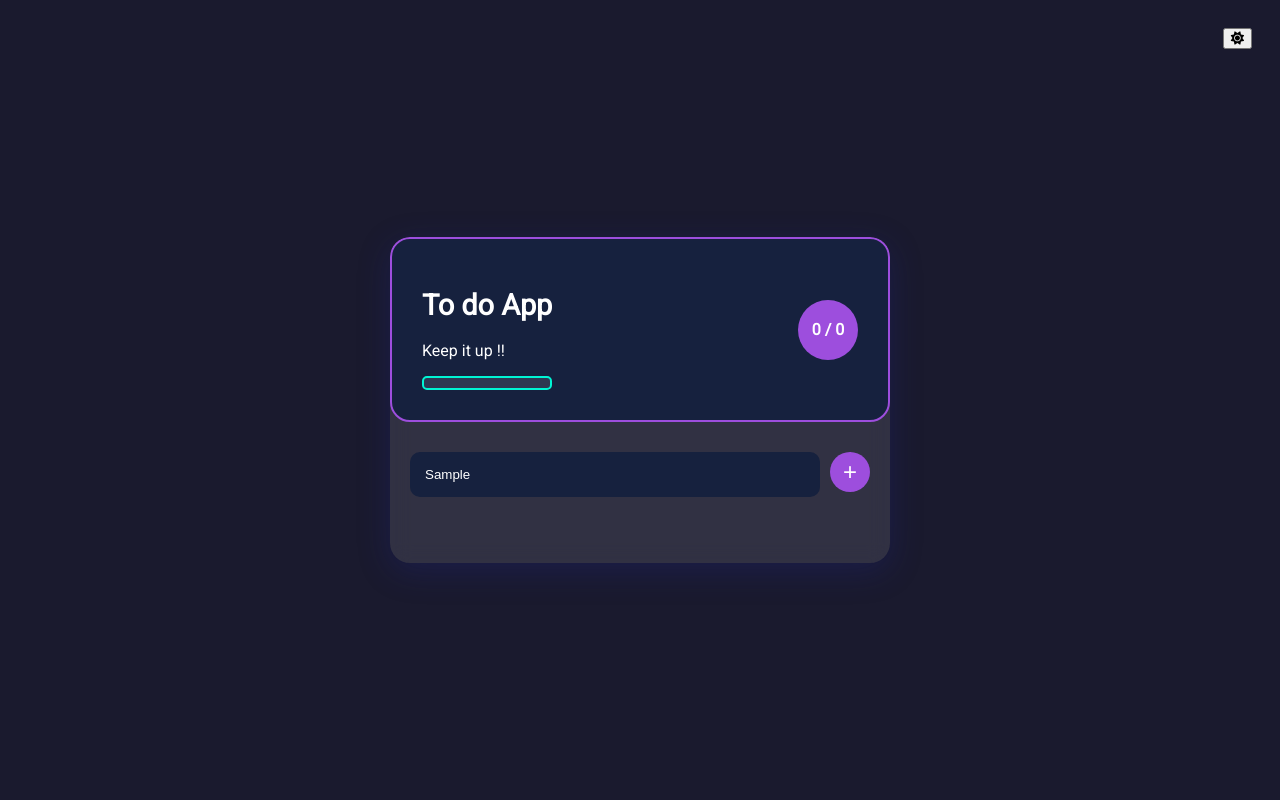
Repository: MounikaSahasra/Productivity-tracker
Page: index.html
An editor plug-in stored every save of this project. The page is shown before and after the next save, followed by the edit.
The browser window is 1280 px wide. The pictures show the whole page.
Empty fields were first filled with sample values (such as "Sample", 5 or name@example.com).
After loading, the first visible `#themeToggle` was clicked once.

Above is the page before, as saved 2025-06-30 18:31:19.

### index.html
<!DOCTYPE html>
<html lang="en">

<head>
    <meta charset="UTF-8">
    <meta name="viewport" content="width=device-width, initial-scale=1.0">
    <!-- Font Awesome CDN -->
<link href="https://cdnjs.cloudflare.com/ajax/libs/font-awesome/6.5.0/css/all.min.css" rel="stylesheet">
    <link href="https://fonts.googleapis.com/css2?family=Roboto&display=swap" rel="stylesheet">
    <link rel="stylesheet" href="style.css">
    <title>To-Do List</title>
</head>

<body>
<button id="themeToggle" style="position: absolute; top: 20px; right: 20px;">
  <i id="themeIcon" class="fa-solid fa-moon"></i>
</button>

   <div class="container">
    <div class="stats-container">
     <div class="details">
        <h1>To do App</h1>
        <p>Keep it up !!</p>
         <div id="progressBar">
          <div id="progress"></div>
         </div>
     </div>
         <div class="stats-numbers">
                <p id="numbers">2 / 3</p>
         </div>
    </div>
    <form action="">
        <input type="text" id="taskInput" placeholder="Write your task..">
        <button id="newTask" type="submit">+</button>
    </form>
      <ul class="task-list" id="task-list"> </ul>
    </div>
    <div id="celebration"></div>

    <script src="script.js"></script>


</body>

</html>

### style.css
:root {
  --background: #c3f8f5;
  --secondarybackground: #bae8e8;
  --text: #272343;
  --accent: #ffd803;
  --highlight: #ff8fab;
  --glass: rgba(255, 255, 255, 0.1);
  --blur: 10px;
  --transition: 0.4s ease;
}

body {
  background: var(--background);
  color: var(--text);
  transition: background var(--transition), color var(--transition);
  min-height: 100vh;
  display: flex;
  justify-content: center;
  align-items: center;
  font-family: 'Roboto', sans-serif;
  padding: 2rem;
  position: relative;
}

body.light-mode {
  --background: #1a1a2e;
  --secondarybackground: #16213e;
  --text: #ffffff;
  --accent: #00f5d4;
  --highlight: #9d4edd;
}

.container {
  width: 100%;
  max-width: 500px;
  backdrop-filter: blur(var(--blur));
  background-color: var(--glass);
  border-radius: 20px;
  box-shadow: 0 8px 32px rgba(31, 38, 135, 0.3);
  overflow: hidden;
  transition: background var(--transition);
}

.stats-container {
  background: var(--secondarybackground);
  border: 2px solid var(--highlight);
  padding: 30px;
  border-radius: 20px;
  display: flex;
  justify-content: space-between;
  align-items: center;
  gap: 20px;
}

.details h1 {
  font-size: 1.8rem;
  color: var(--text);
}

#progressBar {
  background: var(--glass);
  height: 10px;
  border-radius: 5px;
  border: 2px solid var(--accent);
  margin-top: 10px;
  overflow: hidden;
}

#progress {
  background: var(--accent);
  height: 100%;
  width: 0%;
  transition: width 0.4s ease-in-out;
}

.stats-numbers {
  background-color: var(--highlight);
  border-radius: 50%;
  width: 60px;
  height: 60px;
  color: #fff;
  display: flex;
  justify-content: center;
  align-items: center;
  font-weight: bold;
}

form {
  display: flex;
  gap: 10px;
  margin: 30px 0;
  padding: 0 20px;
}

form input[type="text"] {
  flex: 1;
  padding: 15px;
  border-radius: 10px;
  border: none;
  background-color: var(--secondarybackground);
  color: var(--text);
}

form button {
  background-color: var(--highlight);
  border: none;
  border-radius: 50%;
  color: white;
  width: 40px;
  height: 40px;
  font-size: 1.5rem;
  cursor: pointer;
  transition: background 0.3s ease;
}

.task-list {
  list-style: none;
  padding: 0 20px 20px;
  display: flex;
  flex-direction: column;
  gap: 15px;
}

.task-item {
  background-color: var(--secondarybackground);
  padding: 15px;
  border-radius: 10px;
  display: flex;
  justify-content: space-between;
  align-items: center;
  animation: fadeIn 0.4s ease;
}

.task.completed p {
  text-decoration: line-through;
  color: var(--accent);
}

.task {
  display: flex;
  align-items: center;
  gap: 10px;
}

.icons img {
  width: 20px;
  height: 20px;
  cursor: pointer;
}

.fade-in {
  animation: fadeIn 0.5s ease;
}

.remove-animation {
  animation: fadeOut 0.3s ease forwards;
}

@keyframes fadeIn {
  from { opacity: 0; transform: translateY(-10px); }
  to { opacity: 1; transform: translateY(0); }
}

@keyframes fadeOut {
  to { opacity: 0; transform: translateY(10px); height: 0; margin: 0; padding: 0; }
}

/* Confetti */
#celebration {
  position: fixed;
  top: 0;
  left: 0;
  width: 100%;
  height: 100%;
  pointer-events: none;
  z-index: 9999;
  overflow: hidden;
}

.confetti {
  position: absolute;
  width: 10px;
  height: 10px;
  background-color: hsl(var(--hue), 80%, 60%);
  border-radius: 50%;
  animation: fall 3s linear forwards;
  opacity: 0.9;
}

@keyframes fall {
  0% {
    transform: translateY(0) rotate(0deg);
    opacity: 1;
  }
  100% {
    transform: translateY(100vh) rotate(360deg);
    opacity: 0;
  }
}
body.light-mode .icons img {
  filter: brightness(0) invert(1); /* white */
}

body:not(.light-mode) .icons img {
  filter: none; /* default black or colored image */
}

### script.js
let tasks = JSON.parse(localStorage.getItem('tasks')) || [];

const taskInput = document.getElementById('taskInput');
const taskList = document.querySelector('.task-list');
const progress = document.getElementById('progress');
const numbers = document.getElementById('numbers');
const themeToggle = document.getElementById('themeToggle');
const themeIcon = themeToggle.querySelector('i');

// Initialize Theme
let isDark = localStorage.getItem('theme') !== 'light';
document.body.classList.toggle('light-mode', !isDark);
themeIcon.className = isDark ? 'fas fa-moon' : 'fas fa-sun';

// Theme Toggle
themeToggle.addEventListener('click', () => {
  isDark = !isDark;
  document.body.classList.toggle('light-mode', !isDark);
  themeIcon.className = isDark ? 'fas fa-moon' : 'fas fa-sun';
  localStorage.setItem('theme', isDark ? 'dark' : 'light');
});

document.getElementById('newTask').addEventListener('click', (e) => {
  e.preventDefault();
  addTask();
});

function addTask() {
  const text = taskInput.value.trim();
  if (text) {
    tasks.push({ text, completed: false });
    taskInput.value = '';
    saveTasks();
    updateTaskList();
  }
}

function deleteTask(index) {
  const li = taskList.children[index];
  li.classList.add('remove-animation');
  setTimeout(() => {
    tasks.splice(index, 1);
    saveTasks();
    updateTaskList();
  }, 300);
}

function toggleTaskComplete(index) {
  tasks[index].completed = !tasks[index].completed;
  saveTasks();
  updateTaskList();
}

function saveTasks() {
  localStorage.setItem('tasks', JSON.stringify(tasks));
}

function updateTaskList() {
  taskList.innerHTML = '';
  let completed = 0;

  tasks.forEach((task, index) => {
    if (task.completed) completed++;

    const li = document.createElement('li');
    li.classList.add('task-item');
    li.innerHTML = `
      <div class="task ${task.completed ? 'completed' : ''}">
        <input type="checkbox" ${task.completed ? 'checked' : ''} />
        <p>${task.text}</p>
      </div>
      <div class="icons">
        <img src="img/edit.png" onclick="editTask(${index})" />
        <img src="img/bin.png" onclick="deleteTask(${index})" />
      </div>
    `;

    // Toggle Completion
    li.querySelector('input').addEventListener('change', () => toggleTaskComplete(index));
    li.classList.add('fade-in');
    taskList.appendChild(li);
  });

  // Update progress bar and stats
  const percent = tasks.length ? (completed / tasks.length) * 100 : 0;
  progress.style.width = `${percent}%`;
  numbers.textContent = `${completed} / ${tasks.length}`;

  // Confetti if all completed
  if (tasks.length && completed === tasks.length) {
    launchConfetti();
  }
}

// Edit Task (Optional)
function editTask(index) {
  const newText = prompt('Edit your task:', tasks[index].text);
  if (newText !== null) {
    tasks[index].text = newText.trim();
    saveTasks();
    updateTaskList();
  }
}

// Confetti Effect
function launchConfetti() {
  const container = document.getElementById('celebration');
  for (let i = 0; i < 150; i++) {
    const confetti = document.createElement('div');
    confetti.className = 'confetti';
    confetti.style.left = `${Math.random() * 100}%`;
    confetti.style.top = `-${Math.random() * 20}px`;
    confetti.style.setProperty('--hue', Math.floor(Math.random() * 360));
    container.appendChild(confetti);
    setTimeout(() => container.removeChild(confetti), 3000);
  }
}

updateTaskList();

After the next save:
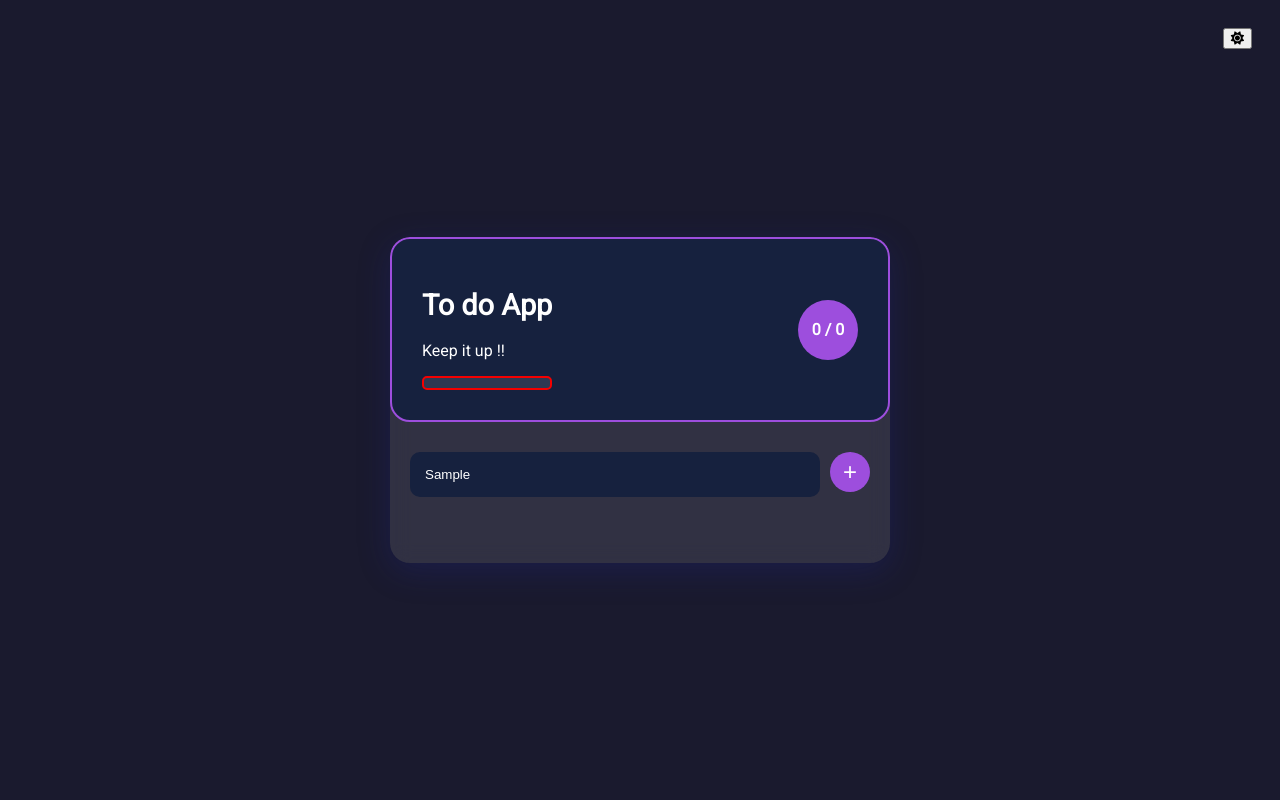
Saved 3 min 58 s later.
--- a/style.css
+++ b/style.css
@@ -26,7 +26,7 @@
   --background: #1a1a2e;
   --secondarybackground: #16213e;
   --text: #ffffff;
-  --accent: #00f5d4;
+  --accent: #f50000;
   --highlight: #9d4edd;
 }
 

After the save that followed:
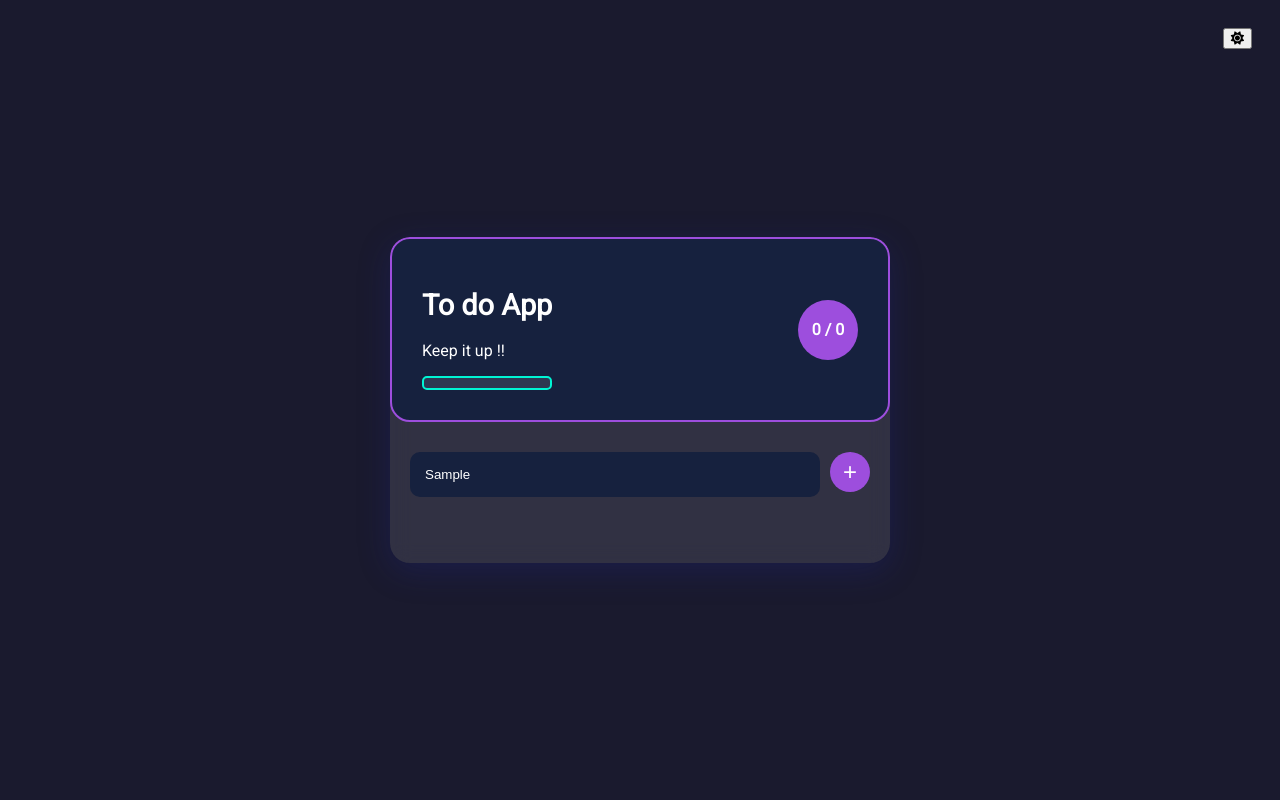
Saved 44 s later.
--- a/style.css
+++ b/style.css
@@ -26,7 +26,7 @@
   --background: #1a1a2e;
   --secondarybackground: #16213e;
   --text: #ffffff;
-  --accent: #f50000;
+  --accent: #00f5d4;
   --highlight: #9d4edd;
 }
 
@@ -197,10 +197,3 @@
     opacity: 0;
   }
 }
-body.light-mode .icons img {
-  filter: brightness(0) invert(1); /* white */
-}
-
-body:not(.light-mode) .icons img {
-  filter: none; /* default black or colored image */
-}
